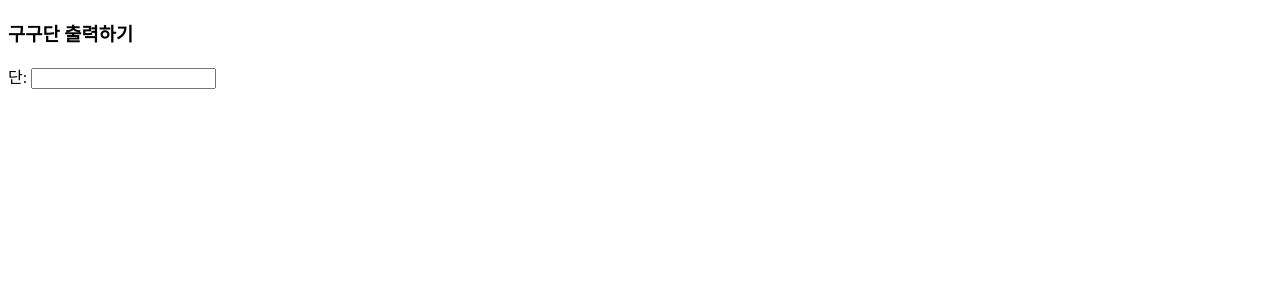
Repository: Jin0207/javaScript
Page: day0103/src/main/webapp/gugudanTest.html
These files come from the project's save history. The page is drawn as it stood at one moment and after the next save; the edit follows.
The browser window is 1280 px wide. The pictures show the whole page.

Above is the page before, as saved 2022-01-03 07:25:33.

### day0103/src/main/webapp/gugudanTest.html
<!DOCTYPE html>
<html>
<head>
<meta charset="UTF-8">
<title>Insert title here</title>
<script type="text/javascript">

</script>
</head>
<body>
	<h3>구구단 출력하기</h3>
	단: <input type="number" id="dan">
</body>
</html>

After the next save:
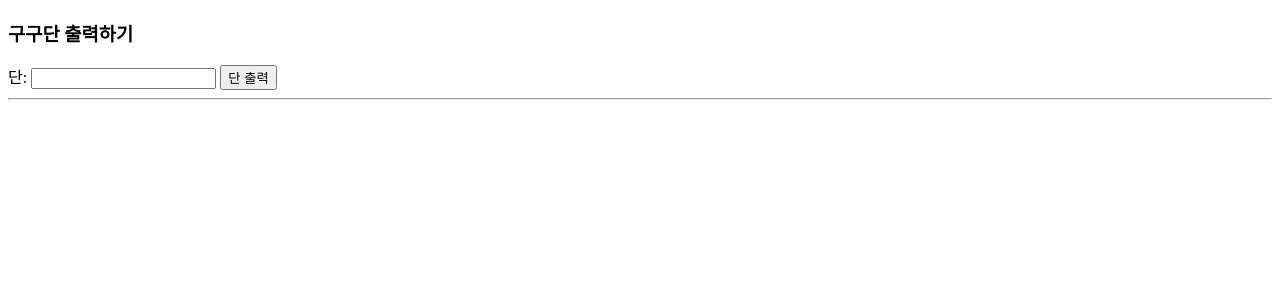
Saved 32 s later.
--- a/day0103/src/main/webapp/gugudanTest.html
+++ b/day0103/src/main/webapp/gugudanTest.html
@@ -10,5 +10,8 @@
 <body>
 	<h3>구구단 출력하기</h3>
 	단: <input type="number" id="dan">
+	<button onclick="gugudan()">단 출력</button>
+	<hr>
+	<span id="result"></span>
 </body>
 </html>
